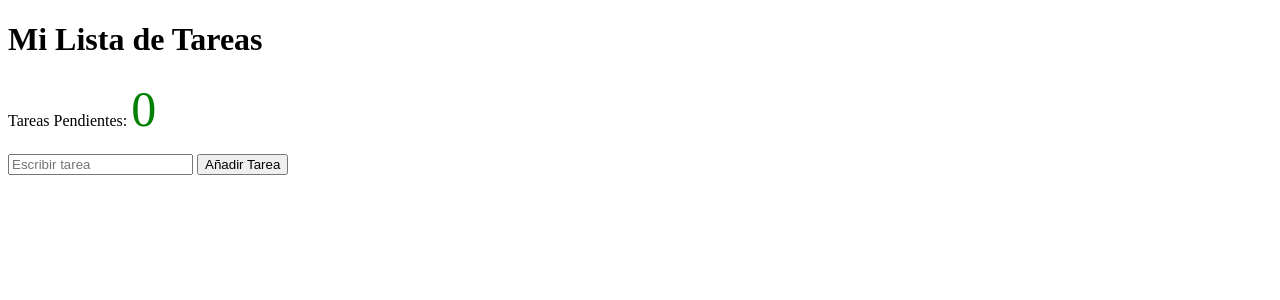
Repository: montsecg/nuclio-javascript-lecture-montse
Page: index.html
These files come from the project's save history. The page is drawn as it stood at one moment and after the next save; the edit follows.
The browser window is 1280 px wide. The pictures show the whole page.

Above is the page before, as saved 2021-04-16 10:18:32.

### index.html
<!DOCTYPE html>
<html lang="es">
<head> <!--tiene información sobre el documento-->
    <meta charset="UTF-8">
    <meta http-equiv="X-UA-Compatible" content="IE=edge">
    <meta name="viewport" content="width=device-width, initial-scale=1.0">
    <meta name="description" content="The description">
    <link rel="stylesheet" href="./styles.css">
    <script defer src="./main.js"></script><!--carga el documento de JAVASCRIPT-->
    <title>App con javascript</title>
</head>
<body> <!--tiene contenido de la página-->

    <h1 class= "title">Mi Lista de Tareas</h1>
    <p>Tareas Pendientes: <span></span></p>
    <form>
        <input placeholder= "Escribir tarea" type="text">
        <button type="submit">Añadir Tarea</button>
    </form>
    <p class="error"></p>
    <ul></ul>


<!-- siempre se escribre después de los elementos que se ven alterados por JAVASECRIPT-->


</body>
</html>

### styles.css
.error{
    color:red;
}
span{
    color:green;
    font-size: 50px;
}

### main.js
const form = document.querySelector("form");//llama <l <form> del HTML
const input = document.querySelector("input"); //llama al <input> del HTML
const list = document.querySelector("ul"); //llama al <ul> del HTML
const error = document.querySelector(".error");//llama al <p class="error"> del HTML
const pending = document.querySelector("span"); //llama al <span> del HTML
let tasks = getNewTask(); //array para guardar las nuevas tareas

//* función para crear un Array donde guardar la <ul> de <li> */

function getNewTask() {//función para crear el array
    return [];
}

//* función para crear nuevo <li> del <ul> */

function createItem(newValue){
    const item = document.createElement("li"); //crea un <li> para la lista
    item.innerText= newValue;// El texto del item e igual al nuevo valor pasado por parámetro
    list.appendChild(item);// Se añade el item como hijo del <ul>
}

//* Crear nuevo <li>, guardar en ARRAY (<ul>) e indicar tareas guardas = tareas pendientes que ha de realizar el usuario */

tasks.forEach(createItem); // crear nuevo item y guardarlo en array tasks
updatePendingTasks();//indica tareas guardadas en el array

//*Al presionar ENTER o hacer CLICK, se realiza: crear y guardar <li> en array y consola, limpiar INPUT y ERROR, indicar tareas guardadas en ARRAY*/

form.addEventListener("submit",(event)=>{
    event.preventDefault();//elimina la recarga automática el formulario en el navegador
    if (input.value) {
        createItem(input.value);//crea un nuevo item con el valor del input y se guarda en la lista
    //    saveTask(input.value);//guardar la tarea en el console.log
        clearInput();//limpia y focaliza el input al presionar click o enter
        clearError(); //limpia el error al iniciar la escritura en el input
        updatePendingTasks(); //indica las tareas array
    } else {
        setError("No hay tarea nueva para guardar. Escribe una tarea nueva")

    }

});


list.addEventListener("click",(event)=>{
    removeItem(event.target);//elimina el item de la lista de tareas
    updatePendingTasks();//actualiza las tareas pendientes
});


function updatePendingTasks(){
    pending.innerText= tasks.length;//tareas pendientes igual a la dimensión del array tasks
}

function clearInput(){
    input.value="";
}

function clearError(){
    error.innerHTML = "";
}

function setError(text){
    error.innerHTML = text;
}

After the next save:
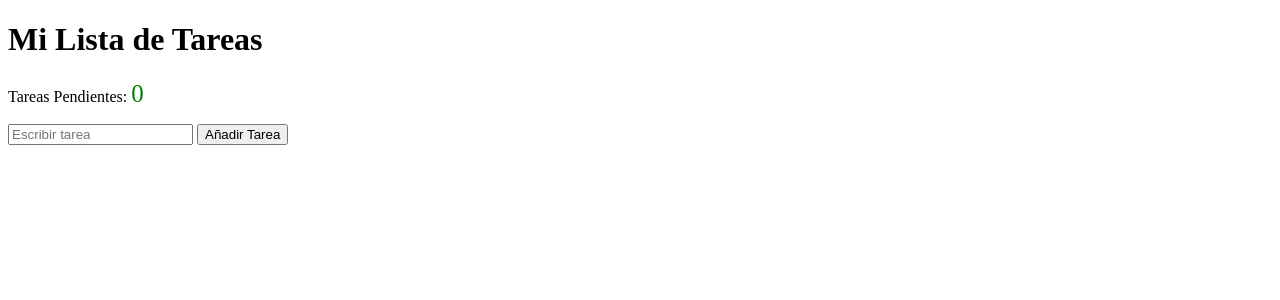
Saved 4 s later.
--- a/styles.css
+++ b/styles.css
@@ -3,5 +3,5 @@
 }
 span{
     color:green;
-    font-size: 50px;
+    font-size: 25px;
 }
